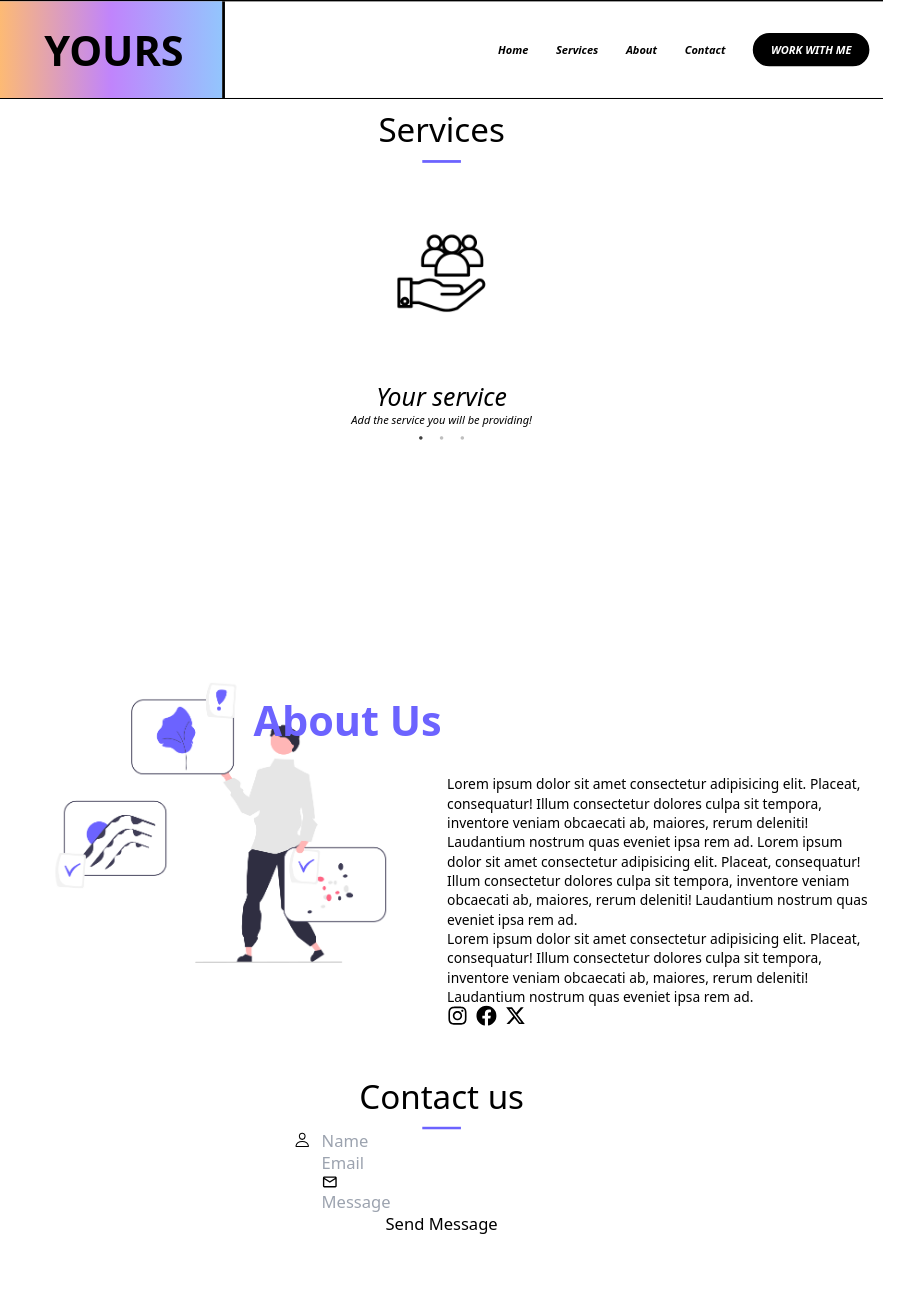
Repository: Al123Kudayyd/eportfolio
Page: /
The author's editor kept a copy of each file at every save. The page is drawn from the files as they stood at one save, then again after the next save.
The browser window is 1280 px wide. The page is 1305 px wide, so the pictures cover 1305 px, including what lies to the right of the window. The pictures show the whole page, at 69% of full size.
The project was rebuilt for these pictures with package versions that can differ from the ones it lists, and the page was loaded fresh each time. Also part of the build but not shown: src/components/AboutService.jsx.

Above is the page before, as saved 2024-02-27 11:05:19.

### src/App.js
import logo from './logo.svg';
import './App.css';
import Nav from './components/Nav';
import Services from './components/Services';
import About from './components/About';
import Contact from './components/Contact';

function App() {
  return (
    <div className="App">
      <Nav />
      <Services />
      <About />
      <Contact />
    </div>
  );
}

export default App;

### src/components/Nav.jsx
import React from 'react'

function Nav() {
  return (
    <div className=' border-y-2 border-black sticky top-0 z-10'>
        <div className='flex justify-between'>
            <h1 className='font-bold py-10 pl-16 lg:text-6xl text-4xl border-r-4 pr-14 border-black bg-gradient-to-r from-orange-300 via-purple-400 to-blue-300'>YOURS</h1>
            <ul className='italic hidden lg:flex justify-center items-center space-x-10 cursor-pointer mx-5 text-md font-semibold transp'>
                <li className='hover:text-gray-500 transition-all duration-300 '>Home</li>
                <li className='hover:text-gray-500 transition-all duration-300'>Services</li>
                <li className='hover:text-gray-500 transition-all duration-300'>About</li>
                <li className='hover:text-gray-500 transition-all duration-300'>Contact</li>
                <li className='bg-black text-white px-6 py-[10px] border-2 border-black hover:bg-white rounded-3xl
                hover:text-black transition-all duration-300'>
                    WORK WITH ME
                </li>
            </ul>
        </div>
    </div>
  )
}

export default Nav

### src/components/Services.jsx
import React from 'react'
import "slick-carousel/slick/slick.css";
import "slick-carousel/slick/slick-theme.css";
import Slider from "react-slick";
import service from '../assests/service.png'
import service1 from '../assests/service1.png'
import service2 from '../assests/service2.png'

function Services() {
  var settings = {
    dots: true,
    infinite: true,
    speed: 500,
    slidesToShow: 1,
    slidesToScroll: 1,
  };

  return (
    <div className=''>
        <h1 className='text-5xl py-5'>Services</h1>
        <div className='h-1 flex justify-center m-auto w-14 bg-[#6C63FF] text-center'></div>
        <div className='min-h-[400px] lg:min-h-[700px] text-center '>
        <Slider className='text-black  italic' {...settings}>
      <div className='relative'>
        <img src={service} className='w-1/4 translate-x-[150%]' alt="" />
        <h1 className='text-xl lg:text-4xl'>Your service</h1>
        <p className='text-md'>Add the service you will be providing!</p>
      </div>
      <div>
        <img src={service1} className='w-1/4 translate-x-[150%]' alt="" />
        <h3 className='text-xl lg:text-4xl'>Your Serivce</h3>
        <p className='text-md'>Add the service you will be providing!</p>
      </div>
      <div>
        <img src={service2} className='w-1/4 translate-x-[150%]' alt="" />
        <h3 className='text-xl lg:text-4xl'>Your Serivce</h3>
        <p className='text-md'>Add the service you will be providing!</p>
      </div>
      </Slider>
        </div>
    </div>
  )
}

export default Services

### src/components/About.jsx
import AboutService from './AboutService'
import { IoPersonOutline } from "react-icons/io5";
import { MdOutlineEmail } from "react-icons/md";
import { IoCheckmarkOutline } from "react-icons/io5";
import about from '../assests/about.png'
import { FaInstagram, FaFacebook} from "react-icons/fa";
import { FaXTwitter } from "react-icons/fa6";

function About() {
  return (
    <div className='relative '>
      <div className='lg:flex'>
        <img src={about} className='w-[100%] lg:w-[50%]' />
        <h1 className='text-3xl lg:text-6xl font-semibold text-[#6C63FF] absolute top-[15%] right-[2%] lg:top-[15%] lg:right-[50%]'>About Us</h1>
        <div className=''>
          <p className='absolute lg:top-[35%] lg:w-1/2 text-left p-6 lg:p-2 text-xl'>Lorem ipsum dolor sit amet consectetur adipisicing elit. Placeat, consequatur! Illum consectetur dolores culpa sit tempora, inventore veniam obcaecati ab, maiores, rerum deleniti! Laudantium nostrum quas eveniet ipsa rem ad.
          Lorem ipsum dolor sit amet consectetur adipisicing elit. Placeat, consequatur! Illum consectetur dolores culpa sit tempora, inventore veniam obcaecati ab, maiores, rerum deleniti! Laudantium nostrum quas eveniet ipsa rem ad.
          <br />
          Lorem ipsum dolor sit amet consectetur adipisicing elit. Placeat, consequatur! Illum consectetur dolores culpa sit tempora, inventore veniam obcaecati ab, maiores, rerum deleniti! Laudantium nostrum quas eveniet ipsa rem ad.
          </p>
          <div className='absolute lg:top-[100%] cursor-pointer top-[310%] p-6 flex justify-center items-center space-x-3 lg:left-[50%] text-3xl lg:p-2'>
            <a href=""><FaInstagram /></a>
            <a href=""><FaFacebook /></a>
            <a href=""><FaXTwitter /></a>
          </div>
        </div>
      </div>
    </div>
  )
}

export default About

### src/components/Contact.jsx
import React from 'react'
import { IoPersonOutline } from "react-icons/io5";
import { MdOutlineEmail } from "react-icons/md";

function Contact() {
  return (
    <div className='my-24'>
        <h1 className='text-5xl py-5'>Contact us</h1>
        <div className='h-1 flex justify-center m-auto w-14 bg-[#6C63FF] text-center'></div>
        <div>
            <form className='flex flex-col items-center relative text-2xl'>
                <div className='realtive'>
                    <input type="text" placeholder='Name' className='px-10' />
                    <IoPersonOutline className='absolute top-[2%]' />
                </div>
                <div>
                    <input type="email" placeholder='Email' />
                    <MdOutlineEmail />
                </div>
                <input type="text" placeholder='Message' />
                <button type='submit'>Send Message</button>
            </form>
        </div>
    </div>
  )
}

export default Contact

### tailwind.config.js
/** @type {import('tailwindcss').Config} */
module.exports = {
  content: [
    "./src/App.js.{js,jsx,ts,tsx}",
    "./src/components/Nav.{js,jsx,ts,tsx}",
    "./src/components/Services.{js,jsx,ts,tsx}",
    "./src/components/About.{js,jsx,ts,tsx}",
    "./src/components/AboutService.{js,jsx,ts,tsx}",
    "./src/components/Contact.{js,jsx,ts,tsx}"
],
  theme: {
    extend: {},
  },
  plugins: [],
}

Loaded but not shown: public/index.html (common file); src/index.js (common file); src/index.css (common file); src/reportWebVitals.js (common file); src/App.css (common file)

After the next save:
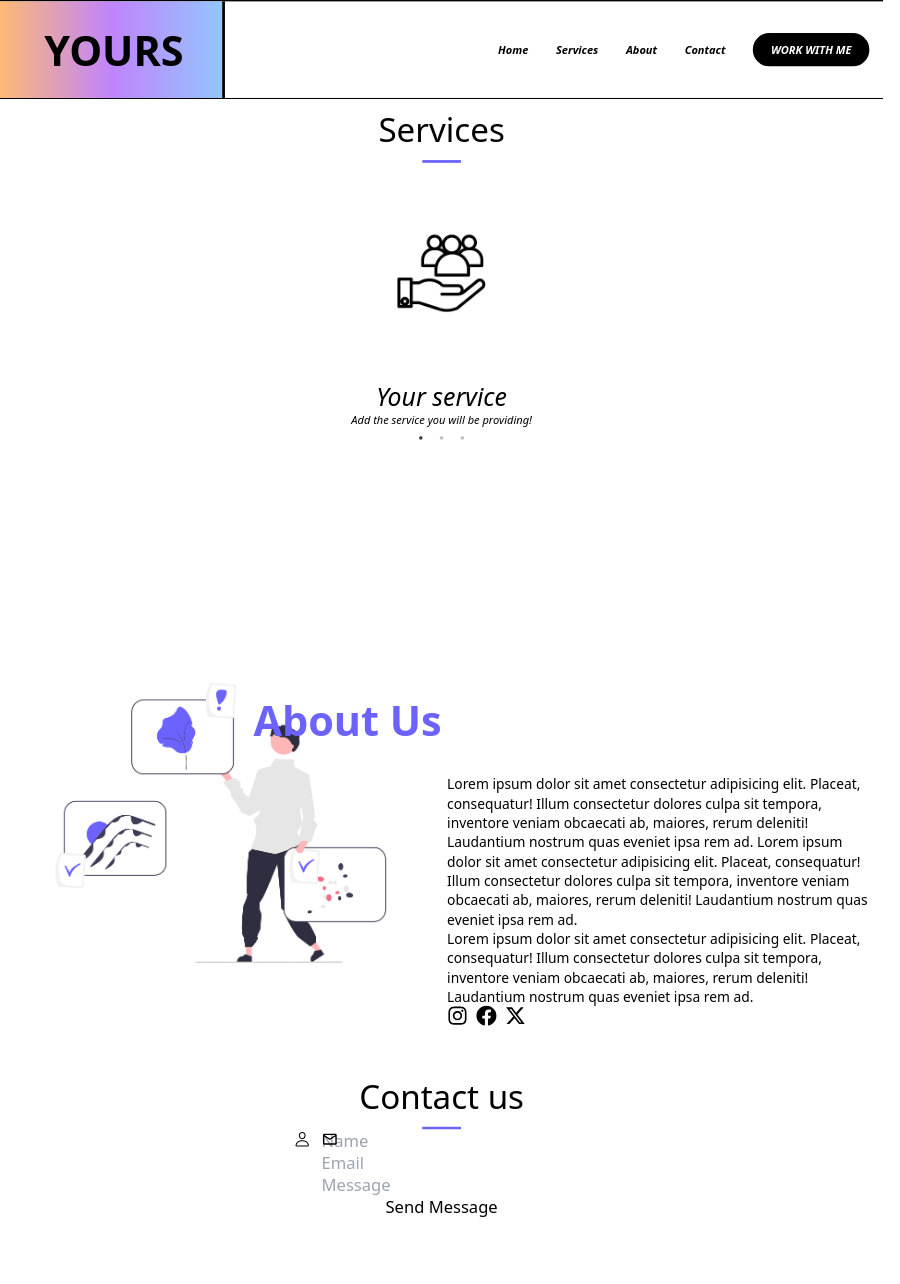
Saved 16 s later.
--- a/src/components/Contact.jsx
+++ b/src/components/Contact.jsx
@@ -15,7 +15,7 @@ function Contact() {
                 </div>
                 <div>
                     <input type="email" placeholder='Email' />
-                    <MdOutlineEmail />
+                    <MdOutlineEmail className='absolute top-[2%]' />
                 </div>
                 <input type="text" placeholder='Message' />
                 <button type='submit'>Send Message</button>
